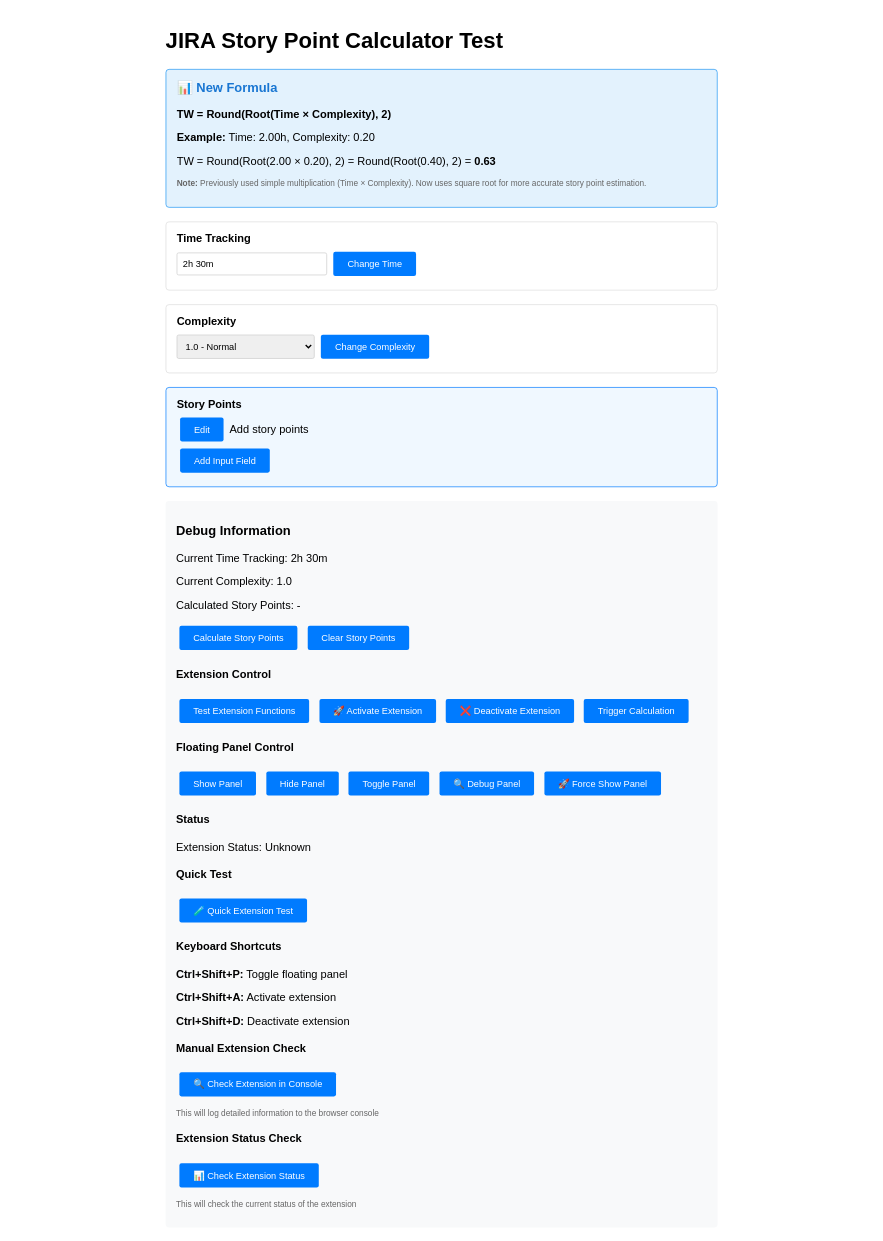
Repository: nirazanbasnet/jira-story-point-calculator
Page: test.html
An editor plug-in stored every save of this project. The page is shown before and after the next save, followed by the edit.
The browser window is 1280 px wide. The pictures show the whole page, at 69% of full size.

Above is the page before, as saved 2025-09-01 21:02:25.

After the next save:
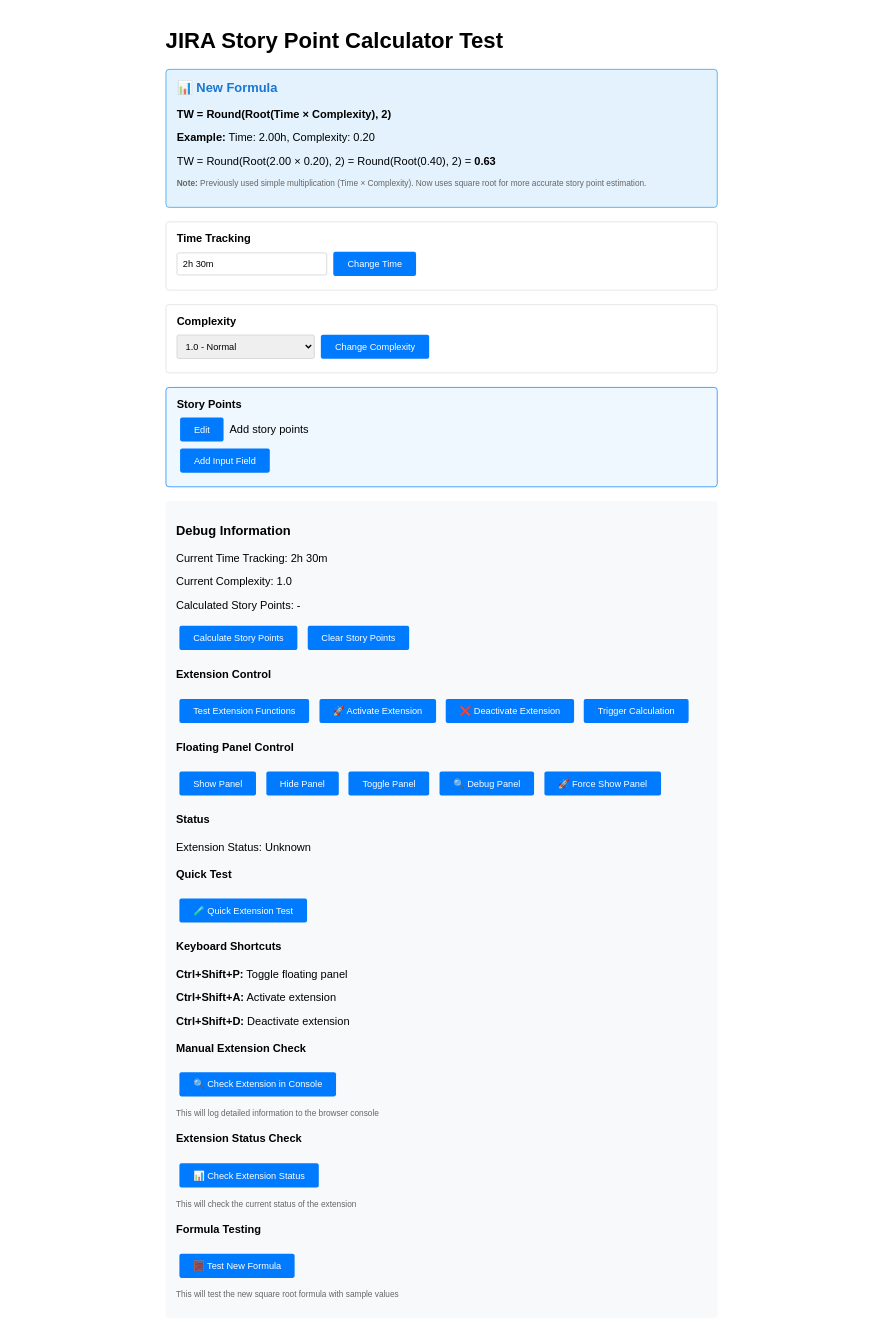
Saved 12 s later.
--- a/test.html
+++ b/test.html
@@ -152,6 +152,10 @@
         <h4>Extension Status Check</h4>
         <button onclick="checkExtensionStatus()">📊 Check Extension Status</button>
         <p style="font-size: 12px; color: #666;">This will check the current status of the extension</p>
+
+        <h4>Formula Testing</h4>
+        <button onclick="testFormula()">🧮 Test New Formula</button>
+        <p style="font-size: 12px; color: #666;">This will test the new square root formula with sample values</p>
     </div>
 
     <script>
